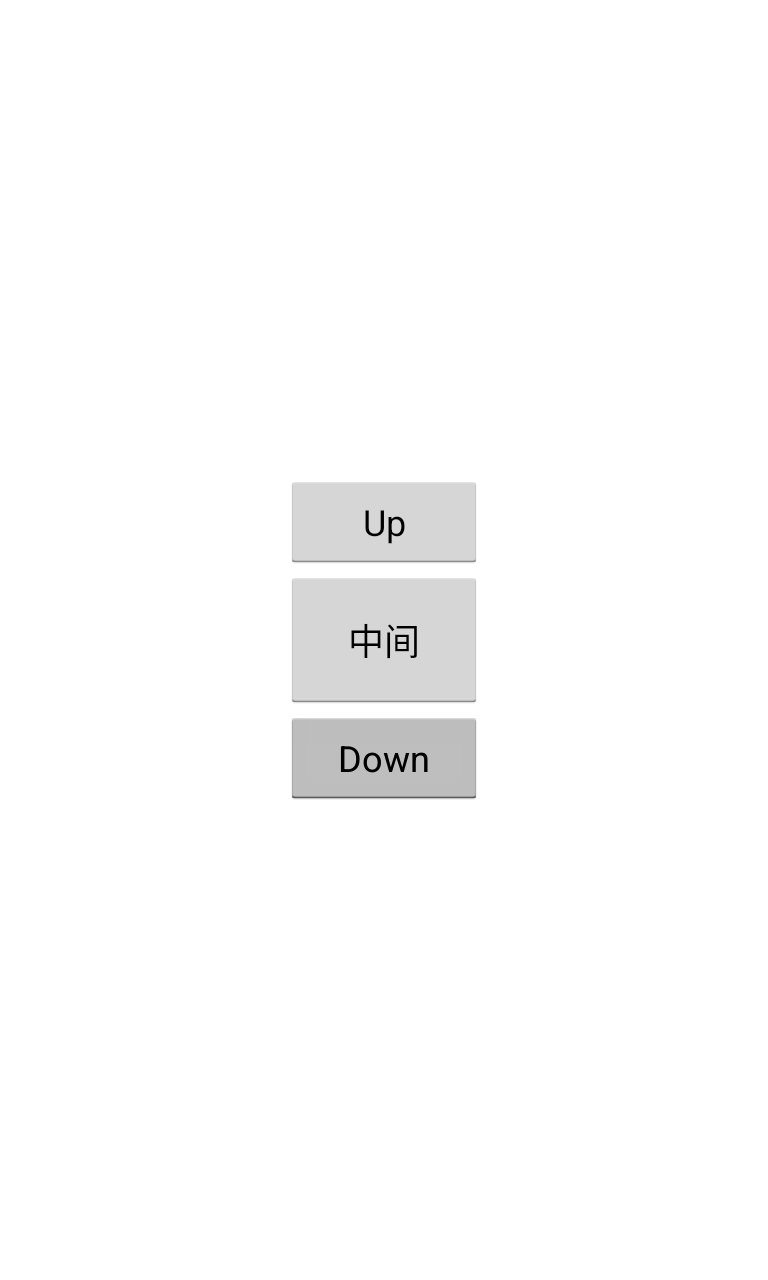
Repository: IvyZh/hm66
Layout: 黑马项目/res/layout/activity_relativelayout.xml
An editor plug-in stored every save of this project. The layout is shown before and after the next save, followed by the edit.
It is drawn on a 768 x 1280 px phone screen (xhdpi) without system bars, with theme AppTheme; the app's code is not run.

Above is the layout before, as saved 2016-05-17 17:17:42.

### 黑马项目/res/layout/activity_relativelayout.xml
<RelativeLayout xmlns:android="http://schemas.android.com/apk/res/android"
    xmlns:tools="http://schemas.android.com/tools"
    android:layout_width="match_parent"
    android:layout_height="match_parent"
    android:orientation="vertical" >

    <Button
        android:id="@+id/bt_center"
        android:layout_width="100dp"
        android:layout_height="70dp"
        android:layout_centerInParent="true"
        android:text="中间" />

    <Button
        android:layout_width="wrap_content"
        android:layout_height="wrap_content"
        android:layout_above="@id/bt_center"
        android:layout_alignLeft="@id/bt_center"
        android:layout_alignRight="@id/bt_center"
        android:text="Up" />

    <Button
        android:layout_width="wrap_content"
        android:layout_height="wrap_content"
        android:layout_below="@id/bt_center"
        android:layout_alignLeft="@id/bt_center"
        android:layout_alignRight="@id/bt_center"
        android:text="Down" />

    <Button
        android:layout_width="wrap_content"
        android:layout_height="wrap_content"
        android:layout_below="@id/bt_center"
        android:layout_alignLeft="@id/bt_center"
        android:layout_alignRight="@id/bt_center"
        android:text="Down" />
</RelativeLayout>

Loaded but not shown: 黑马项目/res/values/styles.xml (common file); 黑马项目/res/values-v11/styles.xml (common file); 黑马项目/res/values-v14/styles.xml (common file)

After the next save:
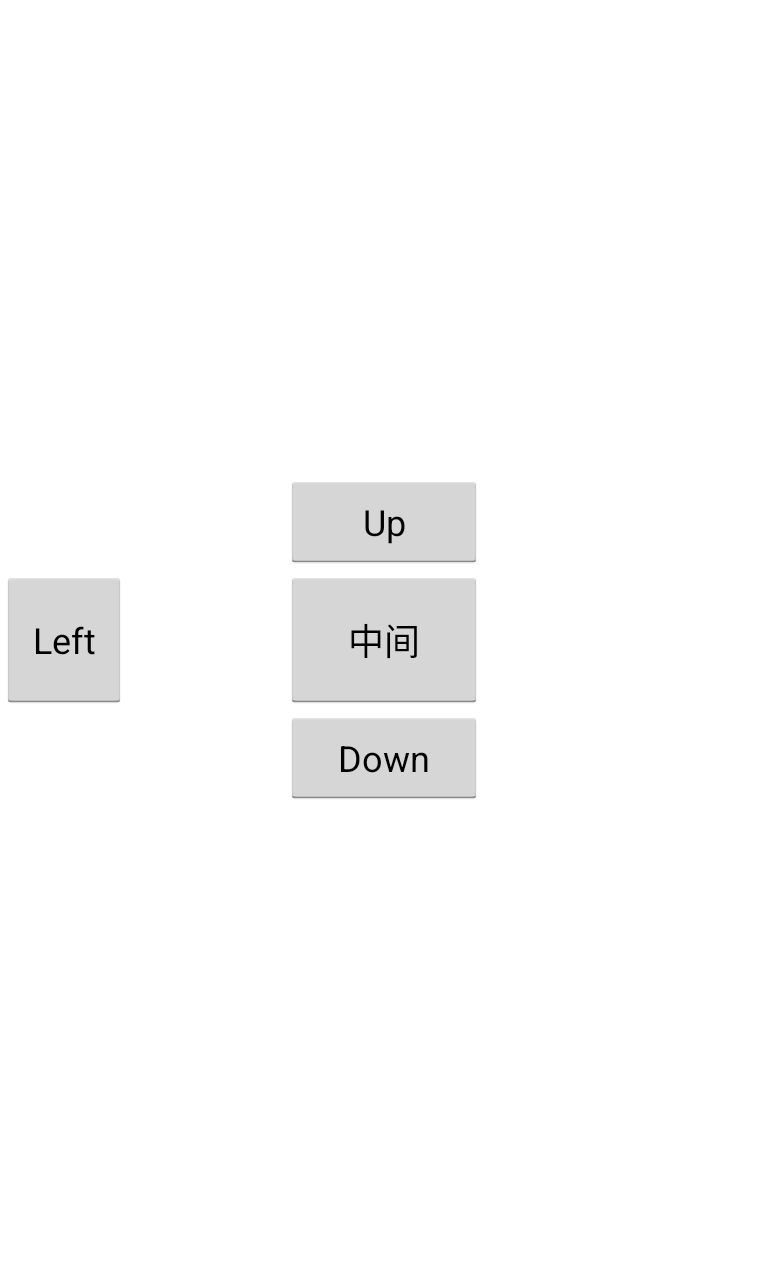
Saved 46 s later.
--- a/黑马项目/res/layout/activity_relativelayout.xml
+++ b/黑马项目/res/layout/activity_relativelayout.xml
@@ -22,16 +22,17 @@
     <Button
         android:layout_width="wrap_content"
         android:layout_height="wrap_content"
-        android:layout_below="@id/bt_center"
         android:layout_alignLeft="@id/bt_center"
         android:layout_alignRight="@id/bt_center"
+        android:layout_below="@id/bt_center"
         android:text="Down" />
 
     <Button
         android:layout_width="wrap_content"
         android:layout_height="wrap_content"
-        android:layout_below="@id/bt_center"
-        android:layout_alignLeft="@id/bt_center"
-        android:layout_alignRight="@id/bt_center"
-        android:text="Down" />
+        android:layout_alignBottom="@id/bt_center"
+        android:layout_alignTop="@id/bt_center"
+        android:layout_centerVertical="true"
+        android:text="Left" />
+
 </RelativeLayout>
